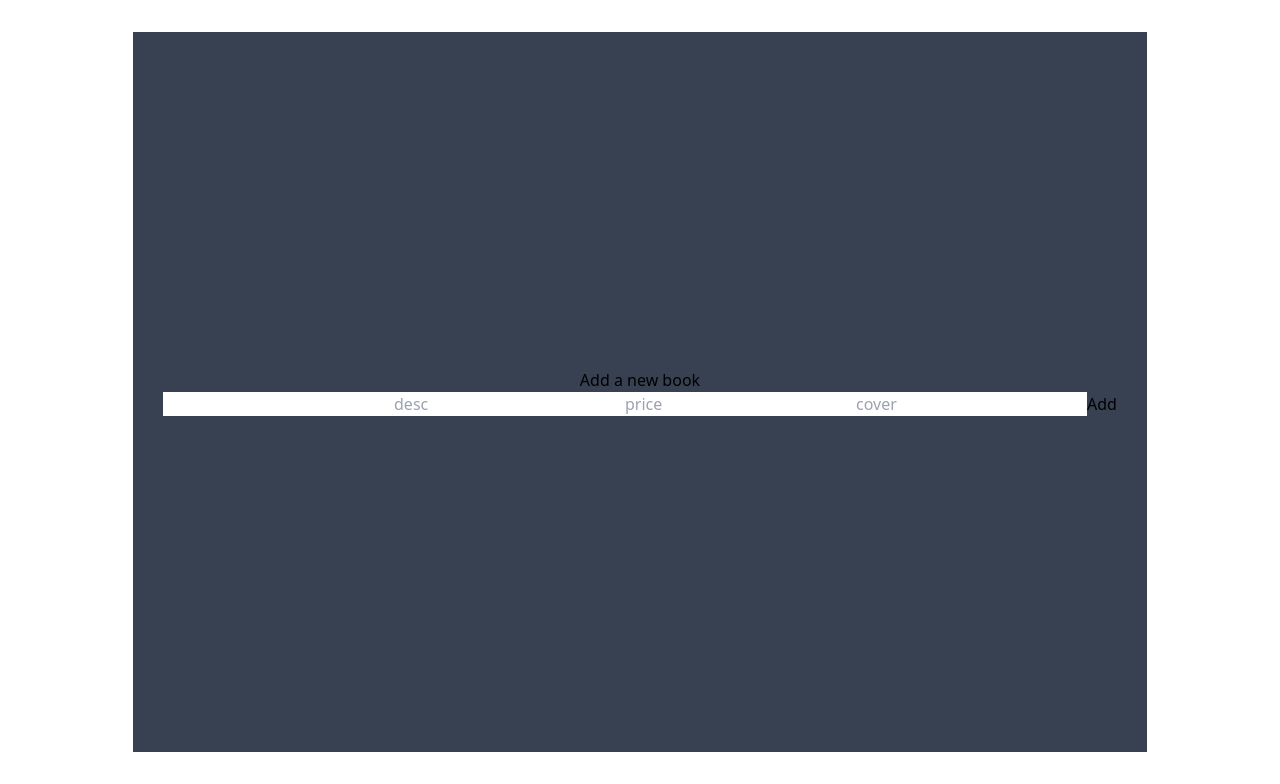
Repository: Vasil1001/fullstack-nutrition-tracker
Page: /add (app in frontend/)
These files come from the project's save history. The page is drawn as it stood at one moment and after a run of saves; the edit follows.
The browser window is 1280 px wide. The pictures show the whole page.
The project was rebuilt for these pictures with package versions that can differ from the ones it lists, and the page was loaded fresh each time. Also part of the build but not shown: frontend/vite.config.js, frontend/src/pages/Books.jsx, frontend/src/pages/Update.jsx.

Above is the page before, as saved 2023-05-21 16:08:40.

After the next 2 saves:
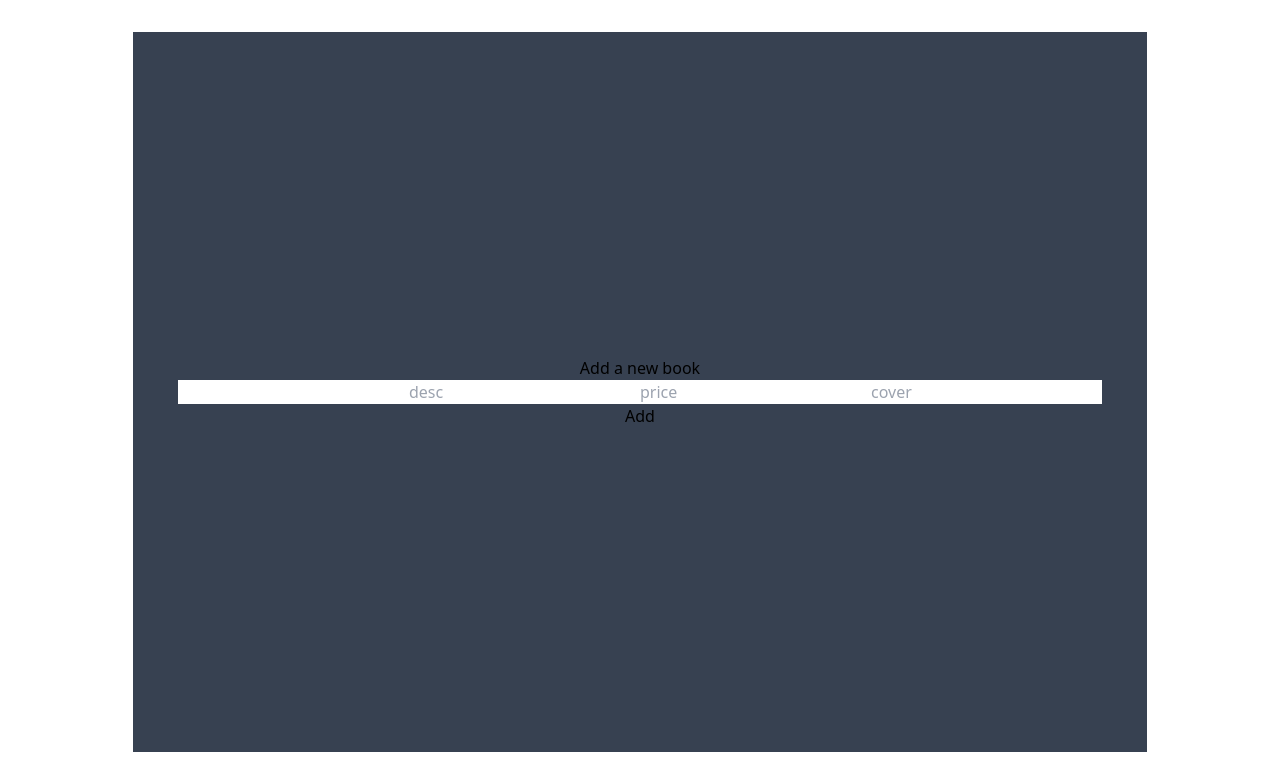
The 2 saves are shown as one change because they came seconds apart.
The last was saved 7 s later.
--- a/frontend/src/App.jsx
+++ b/frontend/src/App.jsx
@@ -10,7 +10,7 @@ import Update from './pages/Update'
 function App() {
 
   return (
-    <div className="max-w-screen bg-gray-700 mx-auto flex  min-h-screen flex-col  justify-center  xl:w-10/12  ">
+    <div className="max-w-screen bg-gray-700 mx-auto flex  min-h-screen flex-col justify-center px-10 xl:w-10/12  ">
     <BrowserRouter>
         <Routes>
           <Route path='/' element={<Books />} />
